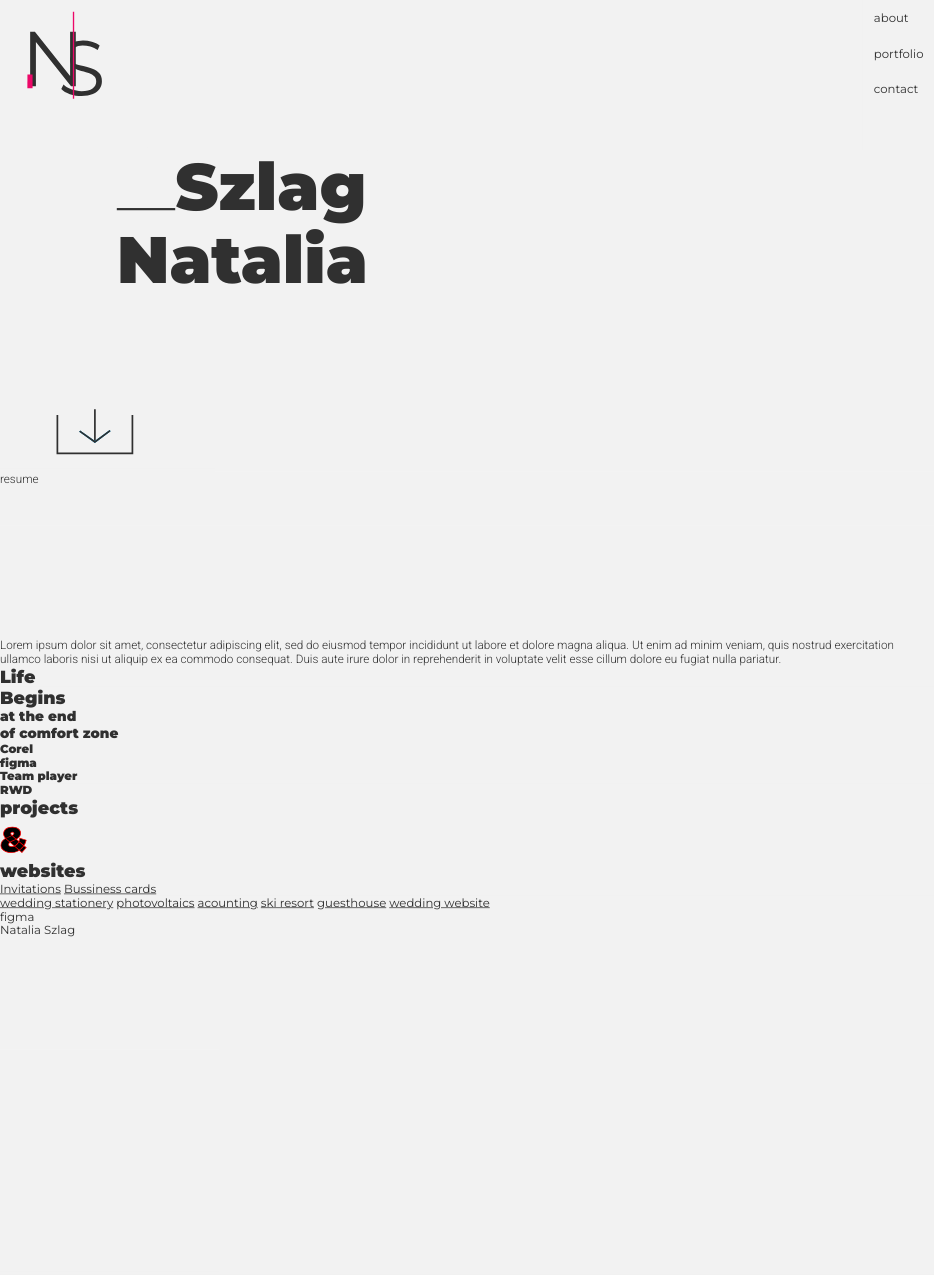
Repository: nataliaszlag/portfolio3
Page: index.html
The author's editor kept a copy of each file at every save. The page is drawn from the files as they stood at one save, then again after the next save.
The browser window is 1280 px wide. The pictures show the whole page, at 73% of full size.
The style sheet was rebuilt from its Sass, Less or Tailwind sources for each picture, by a compiler version that may differ from the author's.

Above is the page before, as saved 2020-09-26 17:05:22.

### index.html
<!DOCTYPE html>
<html lang="en">
<head>
    <meta charset="UTF-8">
    <meta name="viewport" content="width=device-width, initial-scale=1.0">
    <title>Portfolio</title>
    <link rel="stylesheet" href="/css/style.css">
    <link href="https://fonts.googleapis.com/css2?family=Montserrat:wght@300;400;600;900&family=Roboto:wght@300&display=swap" rel="stylesheet">
<body>
    <header class="hero">
        <nav>
            <logo class="logo">
                <svg width="202" height="202" viewBox="0 0 202 202" fill="none" xmlns="http://www.w3.org/2000/svg">
                    <path d="M111.707 131.661C106.15 131.661 100.822 130.771 95.7284 128.989C90.6331 127.207 86.6957 124.857 83.9163 121.934L87.0156 115.841C89.7232 118.549 93.3219 120.742 97.8117 122.416C102.302 124.091 106.933 124.927 111.707 124.927C118.407 124.927 123.43 123.699 126.779 121.239C130.128 118.781 131.805 115.592 131.805 111.673C131.805 108.68 130.895 106.292 129.078 104.511C127.26 102.729 125.035 101.357 122.397 100.396C119.76 99.4333 116.091 98.3831 111.387 97.2422C78.7372 90.0157 110.659 55.7886 98.6857 58.3337C92.9473 59.5532 105.322 55.7647 113.312 55.5543C117.586 55.4414 121.773 56.1427 125.871 57.3177C129.969 58.4945 133.513 60.116 136.506 62.1821L133.835 68.4884C130.7 66.4223 127.351 64.8726 123.786 63.8395C120.223 62.8047 116.732 62.3344 113.312 62.2882C95.5796 62.0521 91.8988 81.0702 103.104 87.2483C105.649 88.6525 109.535 89.2614 114.167 90.4023C119.654 91.7552 124.089 93.091 127.474 94.4098C130.859 95.7285 133.727 97.7228 136.079 100.396C138.431 103.068 139.607 106.684 139.607 111.245C139.607 115.022 138.591 118.46 136.561 121.561C134.529 124.66 131.411 127.118 127.207 128.936C123.003 130.753 117.837 131.661 111.707 131.661Z" fill="#303030"/>
                    <path d="M103.826 43.3881V118.212H97.3055L49.2035 57.4973V118.212H41.2945V43.3881H47.8146L96.0226 104.103V43.3881H103.826Z" fill="#303030"/>
                    <path fill-rule="evenodd" clip-rule="evenodd" d="M99.789 135.296V16.0728H101.621V135.296H99.789Z" fill="#EC0868"/>
                    <path fill-rule="evenodd" clip-rule="evenodd" d="M37.5521 120.721L37.5538 101.949L44.6315 101.956V120.726L37.5521 120.721Z" fill="#EC0868"/>
                    </svg>


            </logo>
            <ul class="navbar">
                <li class="nav-list">about</li>
                <li class="nav-list">portfolio</li>
                <li class="nav-list">contact</li>
            </ul>
        </nav>
        <div class="flex">
            <div class="line-1"></div>
            <h1 class="h1-name">Szlag<br>Natalia</h1>
        </div>
        <div class="resume">
            <icon class="resume-icon">
                <svg width="295" height="236" viewBox="0 0 295 236" fill="none" xmlns="http://www.w3.org/2000/svg">
                    <path d="M78.6055 162.528V215.072H181.395V162.528" stroke="#303030" stroke-width="2.36" stroke-miterlimit="22.9256"/>
                    <path d="M130 154.473V199.527" stroke="#303030" stroke-width="2.36" stroke-miterlimit="22.9256"/>
                    <path d="M109.133 184.602L130 199.527L150.867 183.898" stroke="#00A0E3" stroke-width="2.36" stroke-miterlimit="22.9256"/>
                    <path d="M109.133 184.602L130 199.527L150.867 183.898" stroke="#303030" stroke-width="2.36" stroke-miterlimit="22.9256"/>
                    </svg>

            </icon>
            <p class="resume-p">resume</p>
        </div>
    </header>
    <main>
        <article class="main-page">

            <div class="arrow">
                <svg>
                </svg>
            </div>
    </article>
        <article class="about">
            <div class="about-flex">
                <p class="about-p">
                    Lorem ipsum dolor sit amet, consectetur adipiscing elit, sed do eiusmod tempor incididunt ut labore et dolore magna aliqua. Ut enim ad minim veniam, quis nostrud exercitation ullamco laboris nisi ut aliquip ex ea commodo consequat. Duis aute irure dolor in reprehenderit in voluptate velit esse cillum dolore eu fugiat nulla pariatur.
                </p>
        </div>
            <div class="about-flex">
                <h2 class="about-primary">Life</h2>
                <h2 class="about-secondary">Begins</h2>
                <h3 class="about-terciary">at the end<br>of comfort zone</h3>
        </div>
            <div class="about-flex">
                <div class="vector"></div>
        </div>
            <div class="about-flex">
                <h4 class="stat">Corel</h4>
                <div class="stat-bar">
                <div class="bar"></div>
                <div class="bar"></div>
                <div class="bar"></div>
                <div class="bar"></div>
                <div class="bar"></div>
            </div>
            <h4 class="stat">figma</h4>
                <div class="stat-bar">
                <div class="bar-1"></div>
                <div class="bar-2"></div>
                <div class="bar-3"></div>
                <div class="bar-4"></div>
                <div class="bar-5"></div>
            </div>
            <h4 class="stat">Team player</h4>
                <div class="stat-bar">
                <div class="bar-1"></div>
                <div class="bar-2"></div>
                <div class="bar-3"></div>
                <div class="bar-4"></div>
                <div class="bar-5"></div>
            </div>
            <h4 class="stat">RWD</h4>
                <div class="stat-bar">
                <div class="bar-1"></div>
                <div class="bar-2"></div>
                <div class="bar-3"></div>
                <div class="bar-4"></div>
                <div class="bar-5"></div>
            </div>
        </div>
    </article>

    <article class="portfolio">
        <h2 class="portfolio-primary">projects<br></h2>
        <h2 class="portfolio-ampersand">&</h2>
        <h2 class="portfolio-secondary">websites</h2>

        <div class="projects-flex">
            <div class="project-gallery">
                <a href="https://www.kraftdesign.pl" target="_blank" class="link">Invitations</a>
                <a href="#gallery" class="link">Bussiness cards</a>
            </div>
            <div class="project-links">
                <a href="https://www.kraftdesign.pl" target="_blank" class="link">wedding stationery</a>
                <a href="https://www.cellinstalacje.pl" class="link" target="_blank" >photovoltaics</a>
                <a href="https://www.cellsksiegowosc.pl" class="link" target="_blank">acounting</a>
                <a href="https://www.masterski.pl" class="link" target="_blank">ski resort</a>
                <a href="https://www.tylicznoclegi.pl" class="link" target="_blank">guesthouse</a>
                <a href="https://www.pobieramysie.info" class="link" target="_blank">wedding website</a>
            </div>
            <div class="project-display">
                figma
            </div>
        </div>
    </article>

    <article class="contact">
        <div class="square">
            <div class="socials">
                <div class="social-info"></div>
                <div class="social-info"></div>
            </div>
            <div class="svg-animate">Natalia Szlag</div>
        </div>

        <div class="square bg-cover">
            <div class="social-sq">
                <svg class="social-ico">insta</svg>
            </div>
            <div class="social-sq">
                <svg class="social-ico">facebook</svg>
            </div>
            <div class="social-sq">
                <svg class="social-ico">pinterest</svg>
            </div>
        </div>
    </article>
    </main>
  </body>
</html>

### scss/style.scss
// ==========================================
// variables
// ==========================================

//font-var
$font-primary: 'Montserrat', sans-serif;
$font-secondary: 'roboto', sans-serif;
$font-spacing-primary: 10%;
$font-line-primary: 25pt;

//color-var
$clr-font: #303030;
$clr-bg: #f2f2f2;
$clr-accent: #ec0868;


// ============================================
// main style
// =======================================
*,
*:hover,
*:focus{
box-sizing: border-box;
background-color: $clr-bg;
color: $clr-font;
}

*{
    margin: 0;
    padding: 0;
    font-family: $font-primary;
}


.portfolio-ampersand{
    font-size: 48px;
    color: black;
    -webkit-text-stroke: 1px red;
}

header{
    height: 100vh;

}


.h1-name{
    display: inline-block;
    margin-left: 150px;
    font-weight: 900;
    font-size: 90px;
    line-height: 100px;
    padding-left: 10px;
}

.h1-name::before{
    display: inline-block;
    content:'';
    width: 80px;
    height: 10px;
    border-bottom: solid 3px $clr-font;
}

nav{
    display: flex;
    justify-content: space-between;
    ul{
        display: block;
        list-style-type: none;
        li{
            overflow: hidden;
            padding: 15px;
        }
    }


}

p{
    font-family: $font-secondary;
}

After the next save:
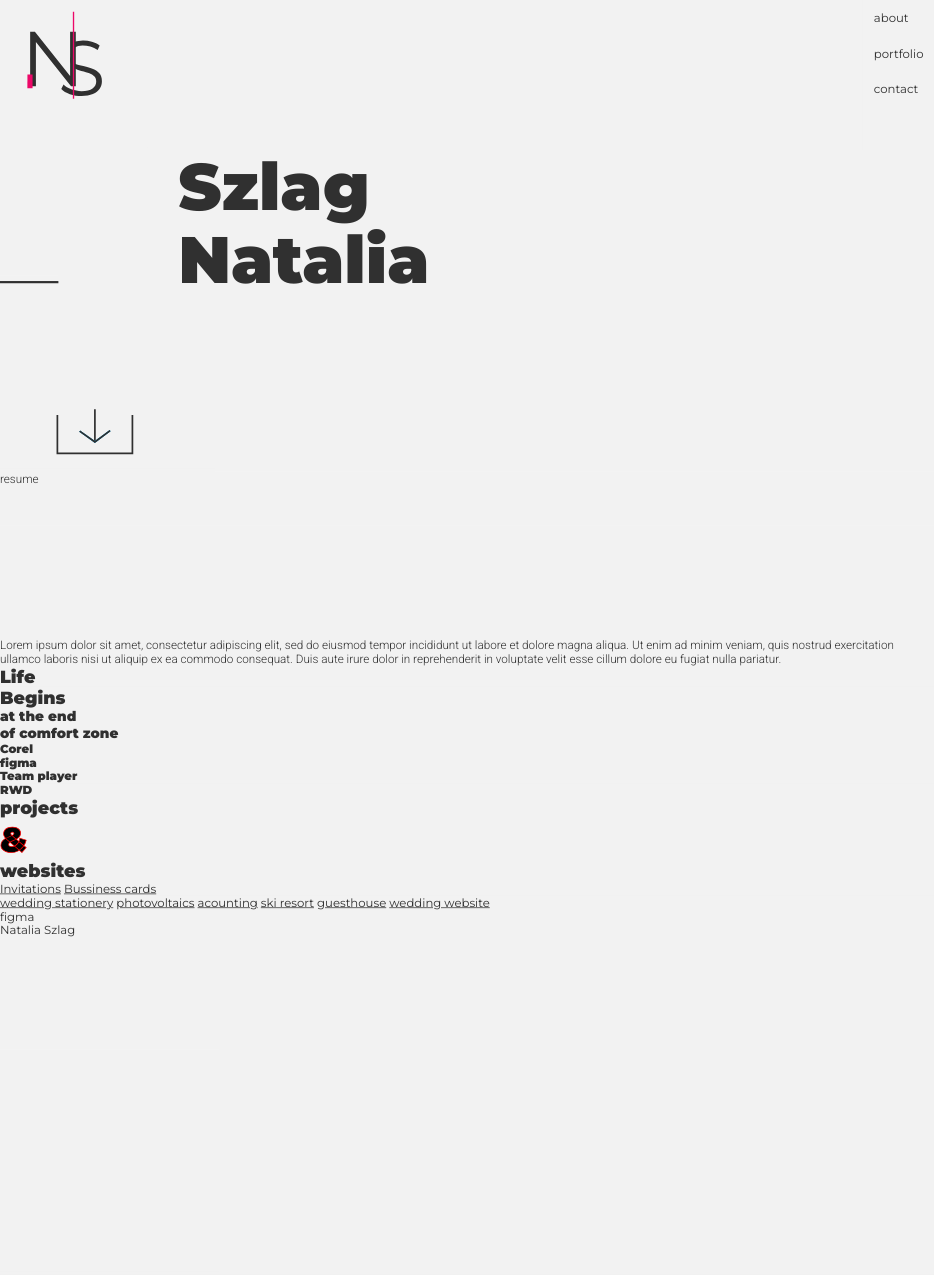
Saved 15 s later.
--- a/scss/style.scss
+++ b/scss/style.scss
@@ -53,7 +53,7 @@
     padding-left: 10px;
 }
 
-.h1-name::before{
+.line-1{
     display: inline-block;
     content:'';
     width: 80px;
